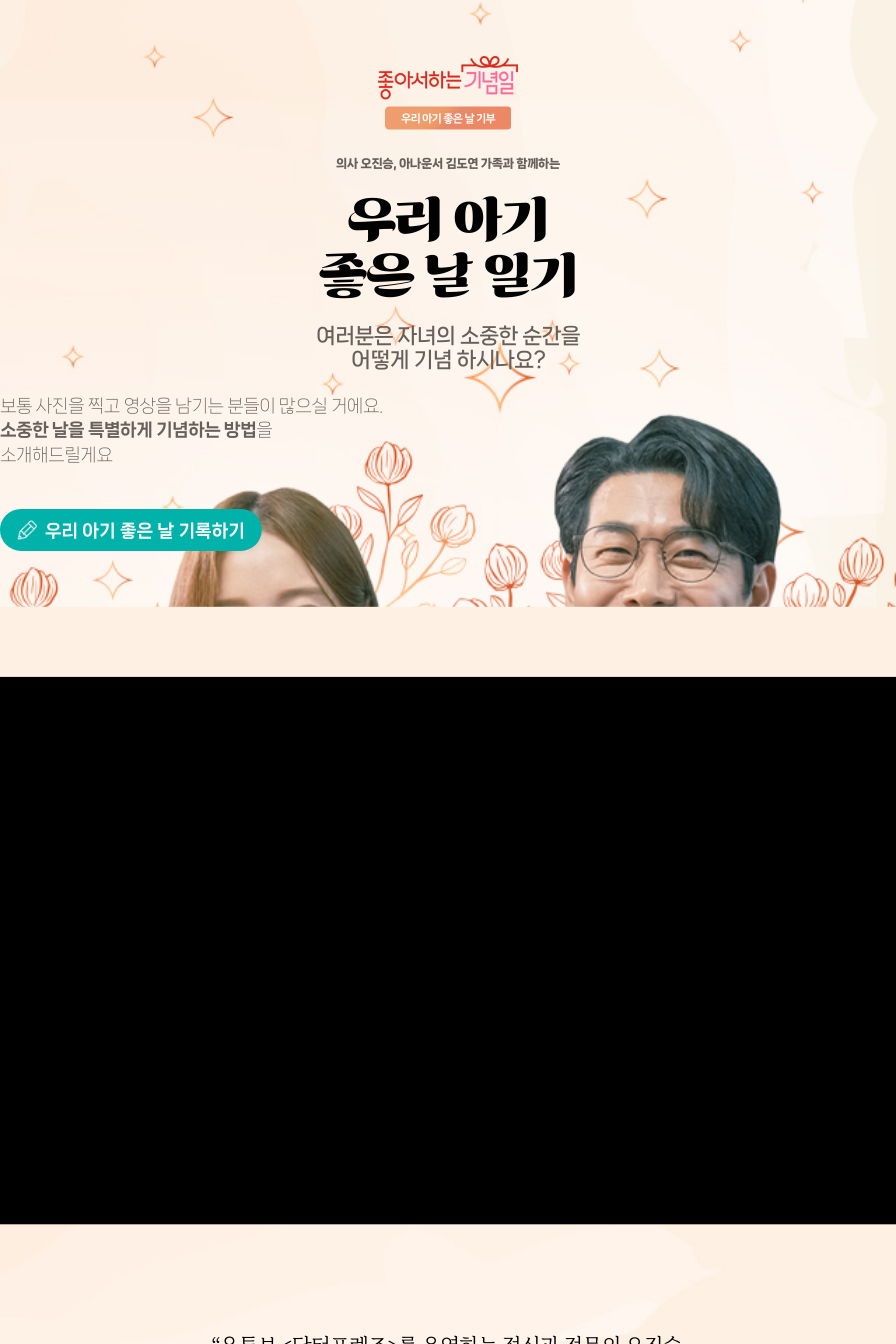
Repository: dlgywls1130/saveTheChildren_2024
Page: index.html
These files come from the project's save history. The page is drawn as it stood at one moment and after the next save; the edit follows.
The browser window is 1280 px wide. The pictures show the part of the page from y = 0 to 1920 px (the page is 13172 px tall before and 13242 px after), at 70% of full size.
Some web fonts or font styles are not loaded; a fallback is used. The style sheet was rebuilt from its Sass, Less or Tailwind sources for each picture, by a compiler version that may differ from the author's.

Above is the page before, as saved 2024-11-03 20:48:31.

### index.html
<!DOCTYPE html>
<html lang="en">
<head>
    <meta charset="UTF-8">
    <meta name="viewport" content="width=device-width, initial-scale=1.0">
    <title>Document</title>

    <link rel="stylesheet" href="./css/common.css">
</head>
<body>

    <!-- main -->
    <section class="main_container">
        <div class="container">
            <div class="logo_title mb-40">
                <img src="./images/logo.png" alt="logo">
                <p>우리 아기 좋은 날 기부</p>
            </div>

            <p class="sub_title mb-30">
                의사 오진승, 아나운서 김도연 가족과 함께하는
            </p>

            <h2 class="mb-30">우리 아기<br>좋은 날 일기</h2>

            <p class="sub_span_text mb-30">
                여러분은 자녀의 소중한 순간을<br>
                어떻게 기념 하시나요?
            </p>

            <p class="sub_descript mb-60">
                보통 사진을 찍고 영상을 남기는 분들이 많으실 거에요. <br>
                <span>소중한 날을 특별하게 기념하는 방법</span>을<br>
                소개해드릴게요
            </p>

            <a href="#" class="record_btn">
                <img src="/images/pencle.png" alt="pencle">
                <p>우리 아기 좋은 날 기록하기</p>
            </a>
        </div>
    </section>

    <!-- 스토리섹션 -->

    <section class="story_section">
        <div class="container pt-100">

            <!-- 영상 -->
            <div class="video_container mb-150 ">
                <video></video>
            </div>

            <div class="story_01">
                <p class="s01 mb-70">
                    “유튜브 <닥터프렌즈>를 운영하는 정신과 전문의 오진승,
                    <br>KBS 전 아나운서, 현 프리랜서 방송인 김도연입니다.
                </p>

                <p class="s01_1 mb-70">
                    세이브더칠드런과는 자립지원아동들과 미혼모가정을 위해
                    <br>기부하며 인연을 이어오고 있습니다.
                </p>

                <p class="s01_2 mb-70">
                    지난 4월, 첫 딸 수빈이가 저희에게 찾아와 주었어요.”
                </p>

                <img src="/images/s1_1.png" alt="story">
            </div>


            <div class="story_02 mb-150">
                <div class="story_02_01">
                    <div class="story_image">
                        <img src="/images/s2_1.png" alt="stroy">
                    </div>
                    <div class="story_text-contain py-150">
                        <p class="story_text_01 mb-50">
                            아이가 태어나고 많은 것이 바뀌었습니다.
                        </p>
                        <p class="story_text_02 mb-50">
                            사실 저는 아이를 좋아하는 편은 아니었어요.
                            <br>하지만 낳고 처음 마주하는 순간, 생각했어요.
                        </p>
                        <p class="story_text_03 mb-50">
                            ‘천년의 사랑이 시작되었다.’
                        </p>

                        <p class="story_text_04">
                            지금은 힘들어도 아이 얼굴만 보면 웃음이 나와요.
                        </p>
                    </div>


                </div>
            </div>

            <div class="story_03 mb-200">
                <div class="story_03_01">
                    <div class="story_text-contain py-150">
                        <p class="story_text_01 mb-100">
                            자신의 자녀를 볼 때 나오는
                            <br>도파민의 양이
                            <br>마음에 드는 이성을 보았을 때
                            <br>나오는 도파민 양의 10배나 된대요.
                        </p>
                        <p class="story_text_02 mb-60">
                            저는 현재에 안주하며 사는 편이었는데,
                            <br>딸이 태어난 후부터 삶에 대해 더 고민하며
                            <br>잘하려고 노력하게 되더라구요.
                        </p>
                        <p class="story_text_03">
                            아이가 삶의 원동력이 된 셈이죠.
                        </p>

                    </div>

                    <div class="story_image">
                        <img src="/images/s3_1.png" alt="stroy">
                    </div>



                </div>
            </div>

            <div class="story_04">
                <div class="story04_01 mb-150">

                    <div class="story_image">
                        <img src="/images/s4_1.png" alt="stroy">
                    </div>

                    <div class="story_text-contain py-100">
                        <p class="story_text_01 mb-60">
                            요즘은 수빈이와 함께
                            <br>놀이터 갈 날을
                            <br>손꼽아 기다리고 있어요.
                        </p>
                        <p class="story_text_02">
                            아직 말귀도 못 알아듣는 아이한테
                            <br>“너 언제 커서 아빠랑 놀이터 갈래?”
                            <br>묻고는 하죠.
                        </p>

                    </div>

                </div>

                <div class="story04_02 mb-200">

                    <div class="story_text-contain pt-30">
                        <p class="story_text_01 mb-50">
                            한편으로는 아이를 정신없이 키우다 보니
                            <br>탄생의 순간이 희미해지고 있었어요.
                        </p>
                        <p class="story_text_02">
                            우리 아기 좋은 날 캠페인에 참여해서
                            <br>직접 <span>기념일 이야기를 담은 후원감사증서</span>를 받아보니,
                            <br>그때 생각이 나서 너무 좋았어요.
                        </p>

                    </div>

                    <div class="story_image">
                        <img src="/images/s4_2.png" alt="stroy">
                    </div>

                </div>
            </div>

            <div class="story_05">
                <div class="story_05_01 pt-120 pb-60 px-60 mb-150">
                    <div class="img_story">
                        <img src="/images/s5_1.png">
                    </div>
                    <div class="story_text">
                        “아이가 건강하게 발달단계를 해내는
                        <br>소중한 순간에 기부를 하면
                        <br>수빈이가 더 건강하고,행복하게
                        <br>자라게 되지 않을까요?
                        <br>
                        <br>소중한 순간마다 기부하고
                        <br>앨범처럼 남겨서 보여주면
                        <br>자랑스러운 부모가 될 것 같아요”
                    </div>
                </div>

                <div class="story_05_02 px-60 mb-150">

                    <div class="story_text">
                        “저는 칭찬 받거나 스스로에게 자부심을
                        <br>느낀 순간은 오래 기억된다고 생각해요.
                        <br>
                        <br>내 아이에게 ‘네가 첫 양치질을 잘 해낸
                        <br>기념으로  다른 친구를 도왔어.’ 라고
                        <br>말해준다면 그 뿌듯함을 밑거름으로
                        <br>자기 자신과 다른 사람 모두 사랑할 수 있는
                        <br>아이로 성장하지 않을까요?”
                    </div>

                    <div class="img_story">
                        <img src="/images/s5_2.png">
                    </div>

                </div>


                <div class="middle_cotain pb-100">
                    <p class="mb-70">첫 걸음마, 첫돌, 처음 엄마 아빠를 부른 날, 처음 비를 맞아본 날,
                    <br>처음 놀이터에 간 날, 그 소중한 순간을 기부로 기록해 보세요.</p>

                    <p class="mb-200">후원해주신 모든 분들께 직접 작성한 기념일 이야기가 담긴 <span>후원감사증서</span>를 드리며,
                    <br>30만원 이상 후원해 주신 분들께는 이름을 수놓은 <span>순면거즈블랭킷</span>을 증정하고 있습니다. </p>

                    <div class="middle_image mb-100">
                        <div class="middel_left">
                            <img src="/images/s6_1.png">
                        </div>
                        <div class="middel_right">
                            <img src="/images/s6_2.png">
                        </div>

                        <a href="#">
                            <img src="/images/floating.png" class="float_image">
                        </a>

                    </div>


                    <a href="#" class="record_btn">
                        <img src="/images/pencle.png" alt="pencle">
                        <p>우리 아기 좋은 날 기록하기</p>
                    </a>
                </div>



            </div>

        </div>


    </section>

    <!-- info -->

    <section class="sponsor_section">

        <div class="container py-150">

            <!-- 후원신청 -->
            <div class="sponsor-container pt-100 mb-150">
                <h2 class="mb-80">후원신청 과정</h2>

                <div class="sponsor_list  mb-80">
                    <div class="sponsor_list_inner">
                        <div class="list-inner-img">
                            <img src="/images/circle_1.png" alt="sponsor">
                        </div>
                        <p>후원신청하기</p>

                    </div>
                    <span class="arrow-img"><img src="/images/arrow.png"></span>
                    <div class="sponsor_list_inner">
                        <div class="list-inner-img">
                            <img src="/images/circle_2.png">
                        </div>
                        <p>후원감사증서<br>메시지 적기</p>

                    </div>
                    <span class="arrow-img"><img src="/images/arrow.png"></span>
                    <div class="sponsor_list_inner">
                        <div class="list-inner-img">
                            <img src="/images/circle_3.png">
                        </div>
                        <p>신청완료</p>

                    </div>
                    <span class="arrow-img"><img src="/images/arrow.png"></span>
                    <div class="sponsor_list_inner">
                        <div class="list-inner-img">
                            <img src="/images/circle_4.png">
                        </div>
                        <p>후원감사증서 발송<br>(1주일이내)</p>

                    </div>
                </div>

                <p class="info-span">30만원 이상 후원자 분들께는 순면거즈블랭킷 제작을 위한 문자가 별도 발송됩니다. (후원 2-3일 이내)</p>
            </div>


            <div class="sponsor-inner mb-150">
                <h2 class="mb-100">후원금, 이렇게 쓰여요!</h2>

                <p class="mb-100">
                    세이브더칠드런은 국내외 아동을 대상으로
                    <br>생계지원, 의료지원,  영유아용품지원, 재해재난 상황에서의
                    <br>긴급구호 등의 활동을 진행하고 있습니다.
                    <br>
                    <br>보내주신 후원금은 정치, 종교, 인종에 관계없이
                    <br>모든 아이들을 구해야 한다는  세이브더칠드런의 신념에 따라
                    <br>가장 도움 필요한 아이를 위해 우선 사용됩니다.

                </p>

                <img src="/images/baby.png">
            </div>

            <div class="faq_section">
                <div class="container">
                    <h2 class="mb-40">FAQ</h2>

                    <ul class="faq_list">
                        <li>
                            <div class="faq_question">
                                <img src="/images/leaves.png">
                                <p>30만원 이상 후원했습니다. 거즈 순면 블랭킷은 언제 오나요?</p>
                            </div>
                            <div class="faq_answer">
                                우리 아기 좋은 날 기부로 30만원 이상 후원자님들께는 담요에 수놓을 아기 이름과 선물 수령 주소
                                <br>확인을 위한 문자가 발송됩니다. 02-6900-4479로 발송되는 문자 속 설문조사에 답해주세요.
                                <br>확인을 완료하신 분들께는 블랭킷 제작을 담당하고 있는 조니 스튜디오에서 아기 이름 자수
                                <br>작업 완료 후 배송해 드립니다.

                            </div>
                        </li>
                        <li>
                            <div class="faq_question">
                                <img src="/images/leaves.png">
                                <p>순면 거즈 블랭킷, 안전한 제품인가요? </p>
                            </div>
                            <div class="faq_answer">
                                본 블랭킷은 워싱된 3중 거즈로 제작되었으며, KC안전검사를 완료하였습니다.
                                <br>소재 특성상 섬유 조각이 발생할 수 있어 망에 넣지 않고 3번 정도 물빨래 하시는 것을 권장합니다.

                            </div>
                        </li>
                        <li>
                            <div class="faq_question">
                                <img src="/images/leaves.png">
                                <p>순면 거즈 블랭킷을 받았는 데 하자가 있어요. 어떻게 해야 하나요? </p>
                            </div>
                            <div class="faq_answer">
                                물품에 동봉된 조니스튜디오 연락처로 연락 부탁드립니다. 하자 물품에 대한 교환은 수령일로부터
                                <br>7일 이내에 조니스튜디오에 연락해주셔야 하며, 이로 인한 후원금 환불은 어렵습니다.

                            </div>
                        </li>
                        <li>
                            <div class="faq_question">
                                <img src="/images/leaves.png">
                                <p>후원감사증서에 넣을 수 있는 사진 사이즈는 얼마인가요?</p>
                            </div>
                            <div class="faq_answer">
                                사진 인화 사이즈 5*7 인치에 맞추어서 제작되었습니다.  그보다 작은 사진일 경우,
                                <br>후원감사증서  내부의 주머니에 넣어 보관하실 수도  있습니다.

                            </div>
                        </li>
                    </ul>
                </div>
            </div>
        </div>

    </section>


</body>
</html>

Loaded but not shown: css/common.scss (984 lines, source omitted)

After the next save:
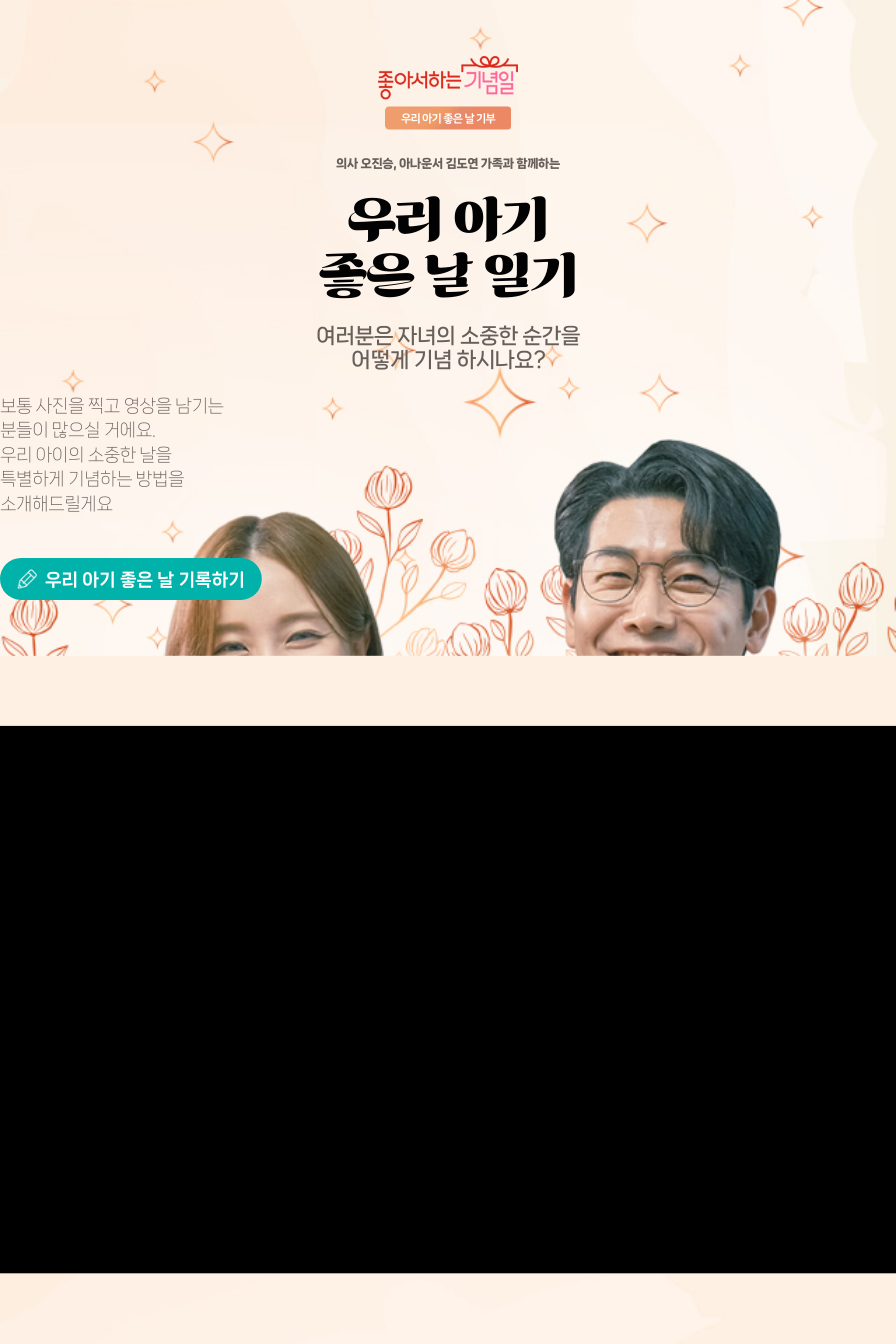
Saved 57 s later.
--- a/index.html
+++ b/index.html
@@ -29,8 +29,8 @@
             </p>
 
             <p class="sub_descript mb-60">
-                보통 사진을 찍고 영상을 남기는 분들이 많으실 거에요. <br>
-                <span>소중한 날을 특별하게 기념하는 방법</span>을<br>
+                보통 사진을 찍고 영상을 남기는<br> 분들이 많으실 거에요. <br>
+                우리 아이의 소중한 날을<br> 특별하게 기념하는 방법을<br>
                 소개해드릴게요
             </p>
 
